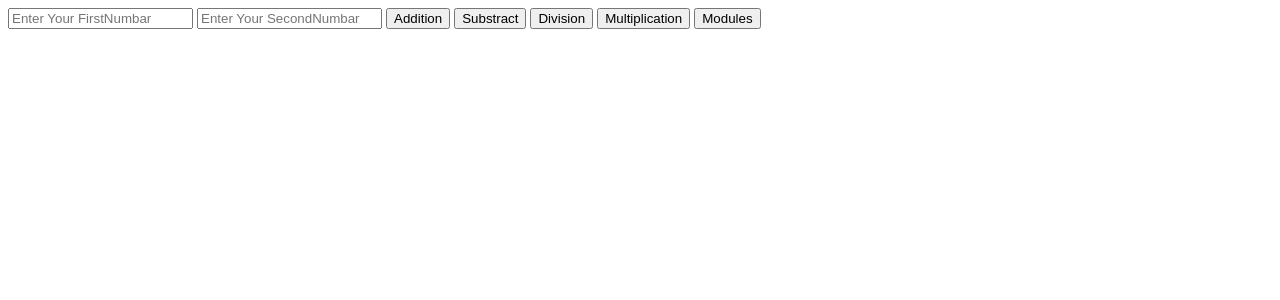
Repository: Rudra-Shiva74/JSP
Page: http://localhost/Check2/
These files come from the project's save history. The page is drawn as it stood at one moment and after the next save; the edit follows.
The browser window is 1280 px wide. The pictures show the whole page.
The page is served by Tomcat 10. Other server files are loaded and not shown.

Above is the page before, as saved 2023-09-03 06:24:24.

### Check2/src/main/webapp/index.jsp
<%@ page language="java" contentType="text/html; charset=UTF-8"
	pageEncoding="UTF-8"%>
<!DOCTYPE html>
<html>
<head>
<meta charset="UTF-8">
<title>Landing page</title>
</head>
<body>
	<form action="Abhishek" method="post">
		<input type="number" placeholder="Enter Your FirstNumbar" name="num1" />
		<input type="number" placeholder="Enter Your SecondNumbar" name="num2" />
		<input type="submit" value="Addition" name="action" /> <input
			type="submit" value="Substract" name="action" /> <input
			type="submit" value="Division" name="action" /> <input type="submit"
			value="Multiplication" name="action" /> <input type="submit"
			value="Modules" name="action" />
	</form>
</body>
</html>

After the next save:
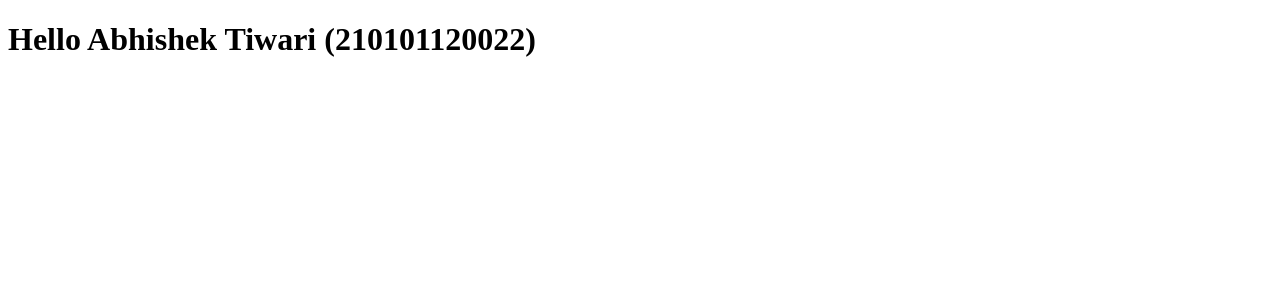
Saved 26 s later.
--- a/Check2/src/main/webapp/index.jsp
+++ b/Check2/src/main/webapp/index.jsp
@@ -7,14 +7,6 @@
 <title>Landing page</title>
 </head>
 <body>
-	<form action="Abhishek" method="post">
-		<input type="number" placeholder="Enter Your FirstNumbar" name="num1" />
-		<input type="number" placeholder="Enter Your SecondNumbar" name="num2" />
-		<input type="submit" value="Addition" name="action" /> <input
-			type="submit" value="Substract" name="action" /> <input
-			type="submit" value="Division" name="action" /> <input type="submit"
-			value="Multiplication" name="action" /> <input type="submit"
-			value="Modules" name="action" />
-	</form>
+	<h1>Hello Abhishek Tiwari (210101120022)</h1>
 </body>
 </html>
